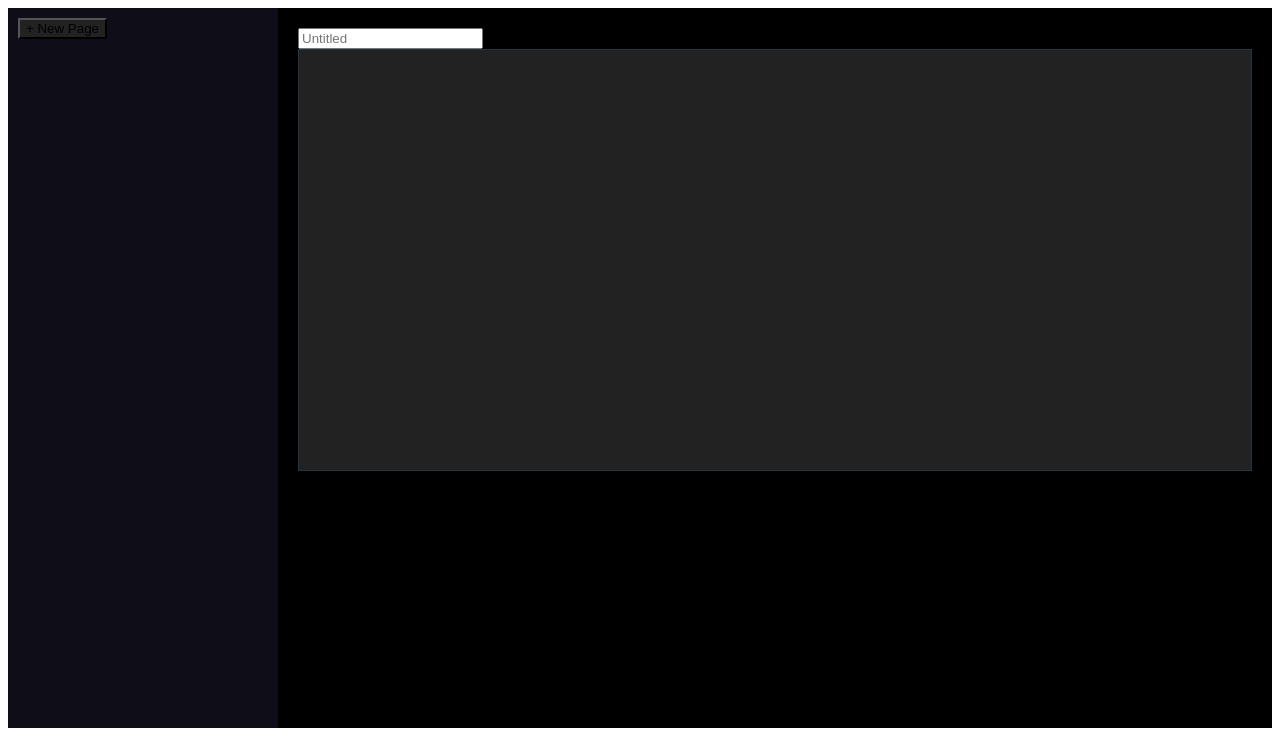
Repository: Dharshinimk-521/notes-app
Page: index.html
The author's editor kept a copy of each file at every save. The page is drawn from the files as they stood at one save, then again after the next save.
The browser window is 1280 px wide. The pictures show the whole page.

Above is the page before, as saved 2026-04-18 19:55:44.

After the next save:
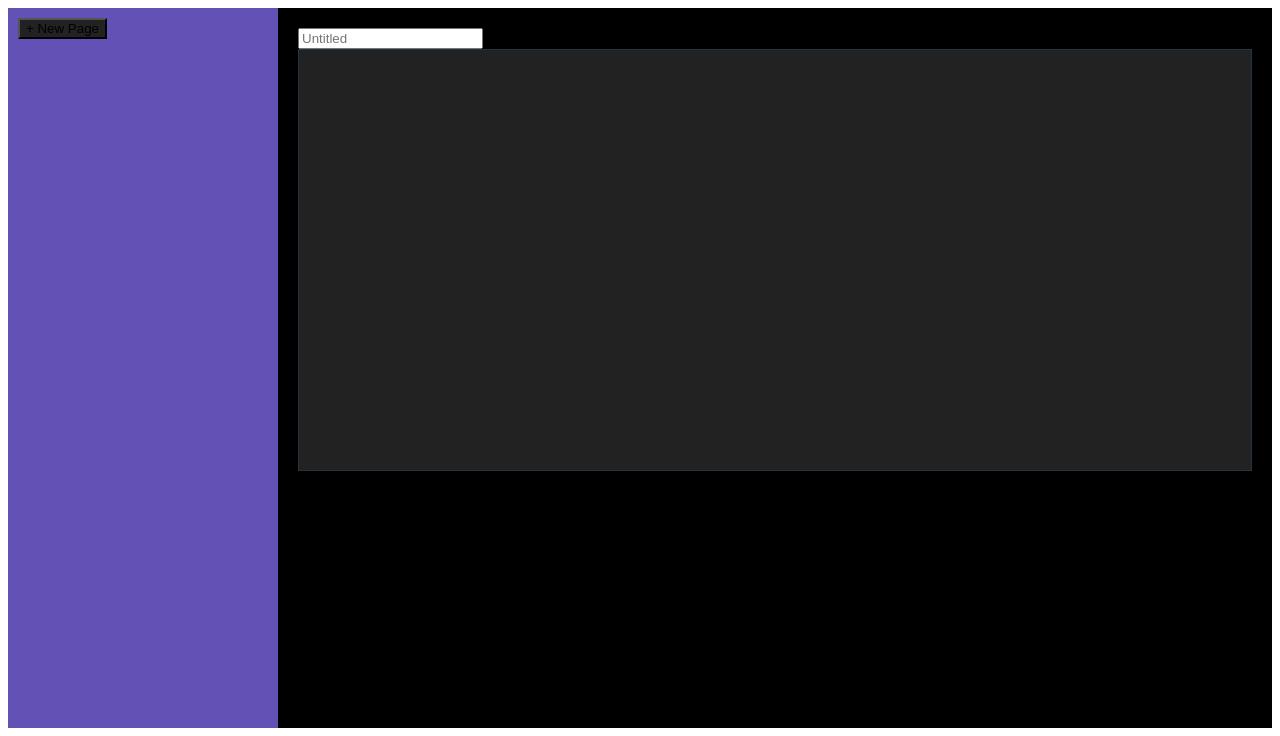
Saved 22 s later.
--- a/style.css
+++ b/style.css
@@ -8,7 +8,7 @@
 
 .sidebar {
   width: 250px;
-  background: #0f0d18;
+  background: #6351b5;
   padding: 10px;
 }
 
